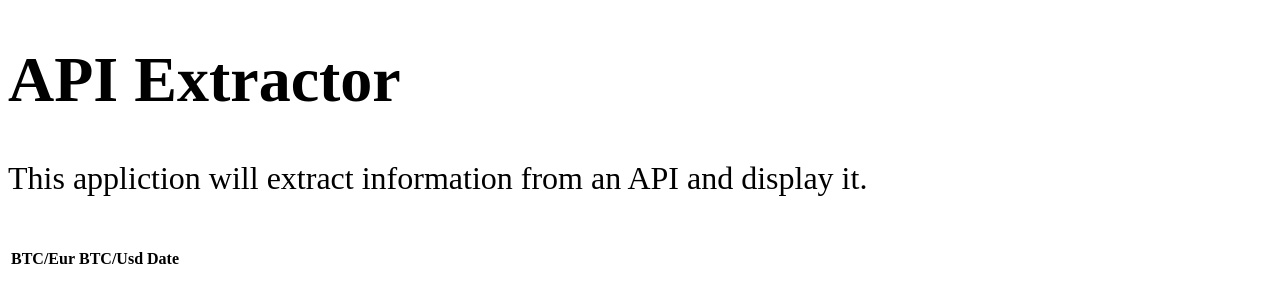
Repository: vxyux/api-extraction
Page: index.html
An editor plug-in stored every save of this project. The page is shown before and after the next save, followed by the edit.
The browser window is 1280 px wide. The pictures show the whole page.
The page's requests for data from a server got no answer.

Above is the page before, as saved 2023-09-05 10:33:18.

### index.html
<!DOCTYPE html>
<html lang="en">
<head>
  <meta charset="UTF-8">
  <meta name="viewport" content="width=device-width, initial-scale=1.0">
  <title>Document</title>
  <link rel="stylesheet" href="stylesheet.css">
  <script src="app.js"></script>
</head>
<body>
  <div class="center">
    <h1>API Extractor</h1>
    <p>This appliction will extract information from an API and display it.</p>
  </div>

  <img src="" id="loading" alt="">

  <table>
  <tr>
    <th>BTC/Eur</th>
    <th>BTC/Usd</th>
    <th>Date</th>
  </tr>
  <tr>
    <td><div id="rate-eur"></div></td>
    <td><div id="rate-usd"></div></td>
    <td><div id="date"></div></td>
  </tr>
</table>
</body>
</html>

### stylesheet.css
.center {
  align-items: center;
  font-size: 200%;
}

### app.js
const api_url = 'https://api.coindesk.com/v1/bpi/currentprice.json';

async function getapi(url) {
  const response = await fetch(url);

  var data = await response.json();

  console.log(data.bpi.EUR.rate);

  if (response) {
    hideloader();
  }
  show(data);
}

getapi(api_url);

function hideloader() {
  document.getElementById('loading').style.display = 'none';
}

function show(data) {
  var rate_eur = data.bpi.EUR.rate;
  var rate_usd = data.bpi.USD.rate;
  var date = data.time.updated;

  document.getElementById('rate-eur').innerHTML =
    '<p>' + rate_eur + '</p>';

  document.getElementById('rate-usd').innerHTML =
    '<p>' + rate_usd + '</p>';

  document.getElementById('date').innerHTML =
    '<p>' + date + '</p>';
}

After the next save:
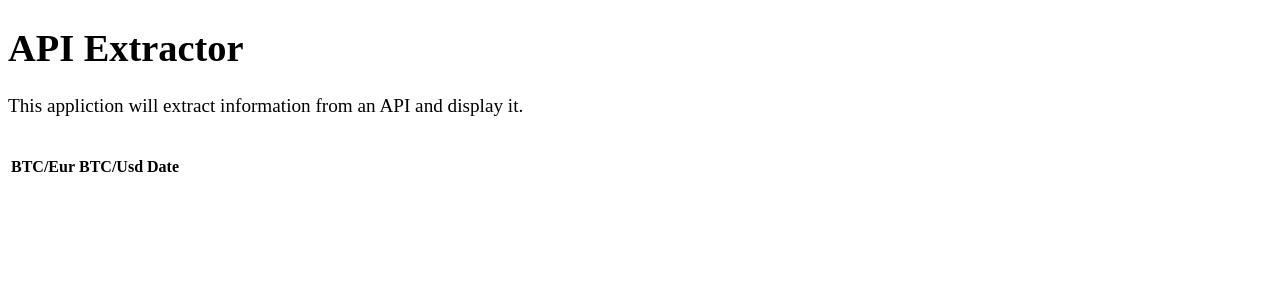
Saved 5 s later.
--- a/stylesheet.css
+++ b/stylesheet.css
@@ -1,4 +1,4 @@
 .center {
   align-items: center;
-  font-size: 200%;
+  font-size: 120%;
 }
